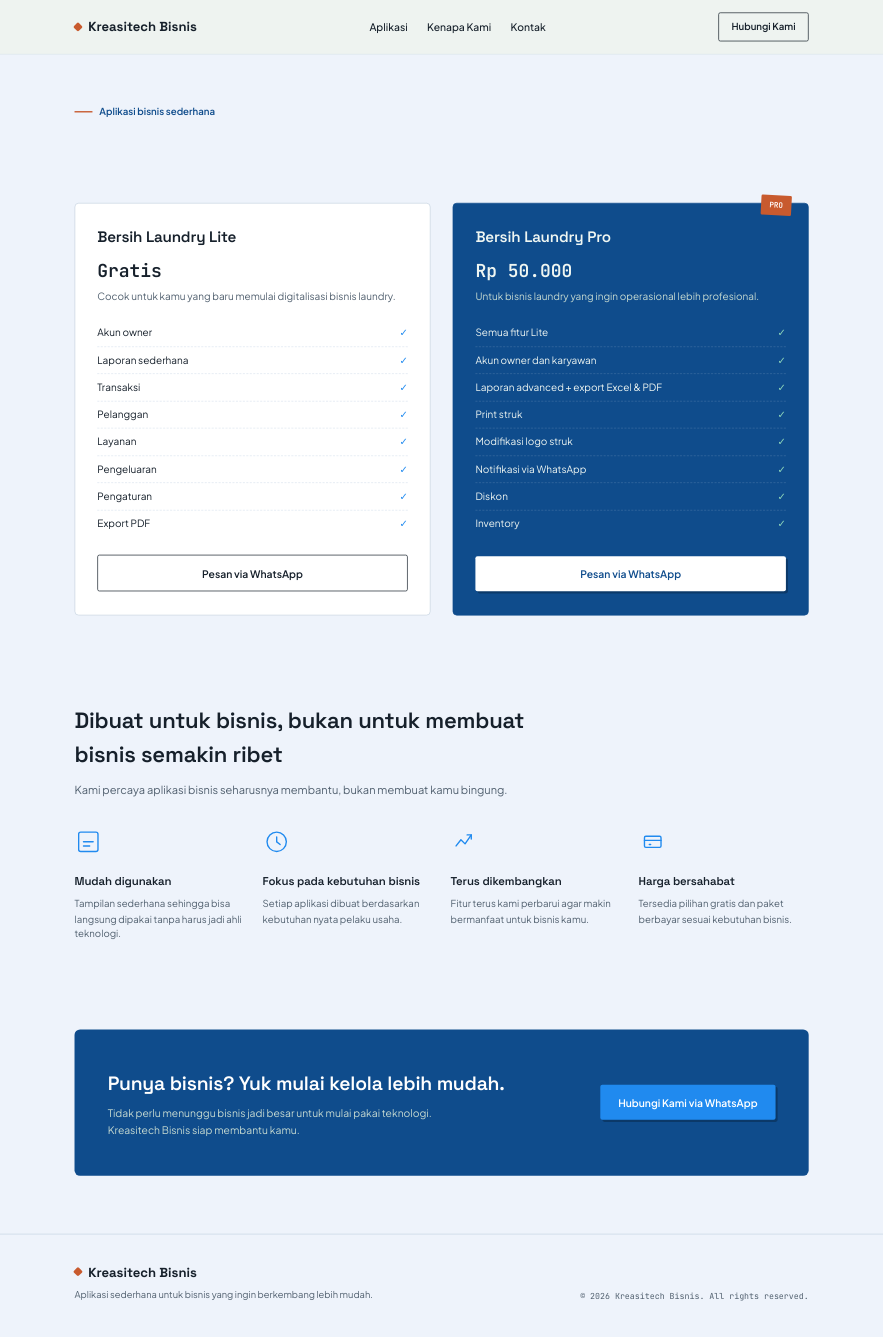
Repository: joao880hbhb/kreasitech
Page: produk/bersih-laundry.html
These files come from the project's save history. The page is drawn as it stood at one moment and after the next save; the edit follows.
The browser window is 1280 px wide. The pictures show the whole page, at 69% of full size.

Above is the page before, as saved 2026-09-14 21:36:20.

### produk/bersih-laundry.html
<!DOCTYPE html>
<html lang="id">
<head>
<meta charset="UTF-8">
<meta name="viewport" content="width=device-width, initial-scale=1.0">
<title>Kreasitech Bisnis — Membantu Bisnis Kamu</title>
<link rel="preconnect" href="https://fonts.googleapis.com">
<link rel="preconnect" href="https://fonts.gstatic.com" crossorigin>
<link href="https://fonts.googleapis.com/css2?family=Space+Grotesk:wght@500;600;700&family=Plus+Jakarta+Sans:wght@400;500;600;700&family=JetBrains+Mono:wght@400;500;600&display=swap" rel="stylesheet">
<style>
  :root{
    --paper:#EEF3FB;
    --paper-alt:#FFFFFF;
    --ink:#16202B;
    --ink-soft:#51606F;
    --pine:#208AEF;
    --pine-dark:#0F4C8C;
    --rust:#C85A2E;
    --line:#C6D3E1;
    --line-soft:#DCE5EF;
  }
  *{box-sizing:border-box; margin:0; padding:0;}
  html{scroll-behavior:smooth;}
  body{
    background:var(--paper);
    color:var(--ink);
    font-family:'Plus Jakarta Sans', sans-serif;
    line-height:1.55;
    -webkit-font-smoothing:antialiased;
  }
  img{max-width:100%; display:block;}
  a{color:inherit; text-decoration:none;}
  .wrap{max-width:1120px; margin:0 auto; padding:0 28px;}
  h1,h2,h3{font-family:'Space Grotesk', sans-serif; font-weight:600; letter-spacing:-0.01em;}
  .mono{font-family:'JetBrains Mono', monospace;}

  /* perforated divider — like a torn receipt edge */
  .tear{
    height:22px;
    width:100%;
    background:
      radial-gradient(circle at 11px 0, transparent 11px, var(--paper) 11.5px) repeat-x;
    background-size:22px 22px;
    background-position:0 -11px;
  }
  .tear.into-alt{ background-image:radial-gradient(circle at 11px 0, transparent 11px, var(--paper-alt) 11.5px);}
  .tear.into-paper{ background-image:radial-gradient(circle at 11px 0, transparent 11px, var(--paper) 11.5px);}
  .tear.into-dark{ background-image:radial-gradient(circle at 11px 0, transparent 11px, var(--pine-dark) 11.5px);}

  /* NAV */
  header{
    position:sticky; top:0; z-index:50;
    background:rgba(238,243,239,0.9);
    backdrop-filter:blur(8px);
    border-bottom:1px solid var(--line-soft);
  }
  nav{
    display:flex; align-items:center; justify-content:space-between;
    padding:18px 28px; max-width:1120px; margin:0 auto;
  }
  .brand{display:flex; align-items:center; gap:10px; font-family:'Space Grotesk'; font-weight:700; font-size:19px;}
  .brand .dot{width:10px; height:10px; border-radius:2px; background:var(--rust); transform:rotate(45deg);}
  .navlinks{display:flex; gap:28px; font-size:15px; font-weight:500;}
  .navlinks a:hover{color:var(--pine);}
  .btn-ghost{border:1.5px solid var(--ink); padding:9px 18px; border-radius:3px; font-weight:600; font-size:14px;}
  .btn-ghost:hover{background:var(--ink); color:var(--paper);}
  @media (max-width:720px){ .navlinks{display:none;} }

  /* HERO */
  .hero{padding:72px 0 40px;}
  .hero-grid{display:grid; grid-template-columns:1.1fr 0.9fr; gap:56px; align-items:center;}
  @media (max-width:860px){ .hero-grid{grid-template-columns:1fr;} }
  .eyebrow-line{display:flex; align-items:center; gap:10px; font-size:14px; color:var(--pine-dark); font-weight:600; margin-bottom:18px;}
  .eyebrow-line::before{content:""; width:26px; height:2px; background:var(--rust);}
  .hero h1{font-size:46px; line-height:1.12; margin-bottom:20px;}
  @media (max-width:520px){ .hero h1{font-size:34px;} }
  .hero p.lead{font-size:18px; color:var(--ink-soft); max-width:46ch; margin-bottom:30px;}
  .hero-cta{display:flex; gap:14px; flex-wrap:wrap;}
  .btn-primary{
    background:var(--pine); color:#fff; padding:14px 26px; border-radius:3px;
    font-weight:600; font-size:15px; display:inline-block;
    box-shadow:3px 3px 0 var(--pine-dark);
    transition:transform .15s ease, box-shadow .15s ease;
  }
  .btn-primary:hover{ transform:translate(-2px,-2px); box-shadow:5px 5px 0 var(--pine-dark); }
  .btn-secondary{
    background:transparent; color:var(--ink); padding:14px 26px; border-radius:3px;
    font-weight:600; font-size:15px; border:1.5px solid var(--ink); display:inline-block;
  }
  .btn-secondary:hover{background:var(--ink); color:var(--paper);}

  /* hero receipt mockup */
  .receipt-mock{
    position:relative;
    background:var(--paper-alt);
    border:1px solid var(--line);
    border-radius:4px;
    padding:26px 24px 22px;
    max-width:340px;
    margin-left:auto;
    box-shadow:0 20px 50px -20px rgba(22,36,29,0.35);
    transform:rotate(2deg);
  }
  .receipt-mock::before,.receipt-mock::after{
    content:""; position:absolute; left:0; right:0; height:12px;
    background:
      radial-gradient(circle at 10px 6px, var(--paper) 6px, transparent 6.5px) repeat-x;
    background-size:20px 12px;
  }
  .receipt-mock::before{top:-6px;}
  .receipt-mock::after{bottom:-6px; transform:rotate(180deg);}
  .receipt-mock .r-head{display:flex; justify-content:space-between; align-items:baseline; border-bottom:1.5px dashed var(--line); padding-bottom:12px; margin-bottom:14px;}
  .receipt-mock .r-head span:first-child{font-family:'Space Grotesk'; font-weight:700; font-size:15px;}
  .receipt-mock .r-head span:last-child{font-family:'JetBrains Mono'; font-size:11px; color:var(--ink-soft);}
  .r-row{display:flex; justify-content:space-between; font-size:13.5px; margin-bottom:9px; font-family:'JetBrains Mono';}
  .r-row .name{color:var(--ink-soft); font-family:'Plus Jakarta Sans';}
  .r-total{
    display:flex; justify-content:space-between; margin-top:14px; padding-top:12px;
    border-top:1.5px dashed var(--line); font-weight:700; font-size:15px;
  }
  .r-status{
    display:inline-block; margin-top:16px; padding:5px 12px; border:2px solid var(--rust);
    color:var(--rust); font-family:'JetBrains Mono'; font-size:11px; font-weight:600;
    transform:rotate(-4deg); border-radius:2px;
  }

  section{padding:64px 0;}

  /* value props row */
  .value-row{
    display:grid; grid-template-columns:repeat(3,1fr); gap:0;
    border-top:1px solid var(--line); border-bottom:1px solid var(--line);
  }
  .value-row .vcell{padding:26px 22px; border-right:1px solid var(--line);}
  .value-row .vcell:last-child{border-right:none;}
  .value-row .vcell .num{font-family:'JetBrains Mono'; font-size:12px; color:var(--pine); margin-bottom:8px;}
  .value-row .vcell h3{font-size:17px; margin-bottom:6px;}
  .value-row .vcell p{font-size:14.5px; color:var(--ink-soft);}
  @media (max-width:720px){ .value-row{grid-template-columns:1fr;} .value-row .vcell{border-right:none; border-bottom:1px solid var(--line);} }

  /* products intro */
  .section-head{max-width:60ch; margin-bottom:44px;}
  .section-head h2{font-size:32px; margin-bottom:12px;}
  .section-head p{color:var(--ink-soft); font-size:16px;}

  .product-photo-wrap{
    position:relative; border-radius:6px; overflow:hidden; margin-bottom:48px;
    border:1px solid var(--line);
  }
  .product-photo-wrap img{width:100%; height:280px; object-fit:cover; filter:saturate(0.92) contrast(1.02);}
  .product-photo-wrap .tag{
    position:absolute; bottom:16px; left:16px; background:var(--paper-alt);
    padding:8px 14px; font-family:'JetBrains Mono'; font-size:12px; border-radius:3px;
    border:1px solid var(--line);
  }

  /* pricing / feature cards, receipt style */
  /* mobile-first: 2 kolom berdampingan dari layar paling kecil, melebar ke layout desktop */
  .plans{display:grid; grid-template-columns:1fr 1fr; gap:10px;}
  .plan{
    background:var(--paper-alt); border:1px solid var(--line); border-radius:6px;
    padding:18px 14px; position:relative; display:flex; flex-direction:column;
    min-width:0; /* cegah konten memaksa kolom melebar & merusak grid di layar kecil */
  }
  .plan.pro{background:var(--pine-dark); color:#EFF6F2; border-color:var(--pine-dark);}
  .plan .badge{
    position:absolute; top:-10px; right:14px; background:var(--rust); color:#fff;
    font-family:'JetBrains Mono'; font-size:10px; font-weight:600; padding:4px 9px;
    border-radius:2px; transform:rotate(3deg);
  }
  .plan h3{font-size:15.5px; margin-bottom:2px; line-height:1.25;}
  .plan .price{font-family:'JetBrains Mono'; font-size:17px; font-weight:600; margin:8px 0 4px;}
  .plan .sub{font-size:11.5px; color:var(--ink-soft); margin-bottom:14px; line-height:1.4;}
  .plan.pro .sub{color:#C6DAD1;}
  .plan ul{list-style:none; margin-bottom:16px; flex-grow:1;}
  .plan li{
    display:flex; justify-content:space-between; align-items:baseline; gap:6px; font-size:11.5px;
    padding:6px 0; border-bottom:1px dashed var(--line-soft);
  }
  .plan.pro li{border-bottom:1px dashed rgba(255,255,255,0.18);}
  .plan li:last-child{border-bottom:none;}
  .plan li .name{line-height:1.3;}
  .plan li .check{color:var(--pine); font-family:'JetBrains Mono'; flex-shrink:0;}
  .plan.pro li .check{color:#8FD8BB;}
  .plan .btn-secondary, .plan .btn-primary{padding:10px 12px; font-size:12.5px;}

  /* di layar lebih lebar, beri napas lebih longgar */
  @media (min-width:560px){
    .plans{gap:24px;}
    .plan{padding:28px 26px;}
    .plan h3{font-size:20px;}
    .plan .price{font-size:24px; margin:12px 0 6px;}
    .plan .sub{font-size:14px; margin-bottom:22px;}
    .plan ul{margin-bottom:26px;}
    .plan li{font-size:13.5px; padding:8px 0;}
    .plan .badge{top:-12px; right:24px; font-size:11px; padding:6px 12px;}
    .plan .btn-secondary, .plan .btn-primary{padding:14px 26px; font-size:15px;}
  }
  @media (min-width:800px){
    .plans{gap:32px;}
    .plan{padding:34px 32px;}
    .plan h3{font-size:22px;}
    .plan .price{font-size:26px; margin:14px 0 6px;}
    .plan .sub{font-size:14.5px; margin-bottom:24px;}
    .plan li{font-size:14.5px;}
  }

  /* why us */
  .why-grid{display:grid; grid-template-columns:repeat(4,1fr); gap:26px;}
  @media (max-width:900px){ .why-grid{grid-template-columns:1fr 1fr;} }
  @media (max-width:520px){ .why-grid{grid-template-columns:1fr;} }
  .why-card{padding:0;}
  .why-card .icon{width:40px; height:40px; margin-bottom:18px;}
  .why-card h3{font-size:16.5px; margin-bottom:8px;}
  .why-card p{font-size:14px; color:var(--ink-soft);}

  /* final cta */
  .final-cta{
    background:var(--pine-dark); color:#EFF6F2; border-radius:8px;
    padding:56px 48px; display:flex; justify-content:space-between; align-items:center; gap:32px;
  }
  @media (max-width:760px){ .final-cta{flex-direction:column; text-align:center; padding:44px 26px;} }
  .final-cta h2{font-size:28px; margin-bottom:10px; color:#fff;}
  .final-cta p{color:#C6DAD1; font-size:15px; max-width:44ch;}
  .final-cta .btn-primary{box-shadow:3px 3px 0 rgba(0,0,0,0.25); flex-shrink:0;}

  footer{padding:40px 0 50px; border-top:1px solid var(--line); margin-top:20px;}
  .foot-grid{display:flex; justify-content:space-between; align-items:flex-end; flex-wrap:wrap; gap:20px;}
  .foot-grid .brand{margin-bottom:8px;}
  footer p{font-size:13.5px; color:var(--ink-soft);}
  footer .copyright{font-family:'JetBrains Mono'; font-size:12px; color:var(--ink-soft);}
</style>
</head>
<body>

<header>
  <nav>
    <div class="brand"><span class="dot"></span>Kreasitech Bisnis</div>
    <div class="navlinks">
      <a href="#produk">Aplikasi</a>
      <a href="#kenapa">Kenapa Kami</a>
      <a href="#kontak">Kontak</a>
    </div>
    <a href="#kontak" class="btn-ghost">Hubungi Kami</a>
  </nav>
</header>

<section class="hero">
  <div class="wrap hero-grid">
    <div>
      <div class="eyebrow-line">Aplikasi bisnis sederhana</div>
      <!-- <h1>Bisnis kamu, tercatat rapi tanpa ribet.</h1> -->
      <!-- <p class="lead">Kreasitech Bisnis membuat aplikasi sederhana yang membantu usaha kecil mencatat transaksi, mengelola pelanggan, dan melihat semuanya dalam satu tempat.</p>
      <div class="hero-cta">
        <a href="#produk" class="btn-primary">Lihat Aplikasi</a>
        <a href="#kontak" class="btn-secondary">Hubungi Kami</a>
      </div> -->
    </div>
    <!-- <div>
      <div class="receipt-mock">
        <div class="r-head">
          <span>Bersih Laundry</span>
          <span>#0231 — Hari ini</span>
        </div>
        <div class="r-row"><span class="name">Cuci + Setrika, 3kg</span><span>Rp 21.000</span></div>
        <div class="r-row"><span class="name">Cuci Kering, 2kg</span><span>Rp 12.000</span></div>
        <div class="r-row"><span class="name">Setrika Saja, 1kg</span><span>Rp 6.000</span></div>
        <div class="r-total"><span>Total</span><span class="mono">Rp 39.000</span></div>
        <div class="r-status">SIAP DIAMBIL</div>
      </div>
    </div> -->
  </div>
</section>

<!-- <div class="wrap"><div class="value-row">
  <div class="vcell"><div class="num">01</div><h3>Mudah digunakan</h3><p>Tidak perlu jadi ahli teknologi untuk mulai memakainya.</p></div>
  <div class="vcell"><div class="num">02</div><h3>Tidak ribet</h3><p>Fokus pada yang penting: catat, kelola, selesai.</p></div>
  <div class="vcell"><div class="num">03</div><h3>Untuk semua skala</h3><p>Cocok dari bisnis rumahan sampai yang sedang berkembang.</p></div>
</div></div> -->

<section id="produk">
  <div class="wrap">
    <!-- <div class="section-head">
      <h2>Aplikasi untuk bisnis laundry kamu</h2>
      <p>Kami mulai dari kebutuhan yang paling nyata: usaha laundry yang selama ini masih mencatat transaksi di buku atau kertas nota.</p>
    </div>

    <div class="product-photo-wrap">
      <img src="https://picsum.photos/seed/kreasitech-laundry/1200/560" alt="Tumpukan pakaian bersih terlipat rapi di usaha laundry">
      <div class="tag mono">Bersih Laundry</div>
    </div> -->

    <div class="plans">
      <div class="plan">
        <h3>Bersih Laundry Lite</h3>
        <div class="price">Gratis</div>
        <p class="sub">Cocok untuk kamu yang baru memulai digitalisasi bisnis laundry.</p>
        <ul>
          <li><span class="name">Akun owner</span><span class="check">✓</span></li>
          <li><span class="name">Laporan sederhana</span><span class="check">✓</span></li>
          <li><span class="name">Transaksi</span><span class="check">✓</span></li>
          <li><span class="name">Pelanggan</span><span class="check">✓</span></li>
          <li><span class="name">Layanan</span><span class="check">✓</span></li>
          <li><span class="name">Pengeluaran</span><span class="check">✓</span></li>
          <li><span class="name">Pengaturan</span><span class="check">✓</span></li>
          <li><span class="name">Export PDF</span><span class="check">✓</span></li>
        </ul>
        <a href="https://wa.me/6281234567890" class="btn-secondary" style="text-align:center;" target="_blank" rel="noopener">Pesan via WhatsApp</a>
      </div>

      <div class="plan pro">
        <div class="badge">PRO</div>
        <h3>Bersih Laundry Pro</h3>
        <div class="price">Rp 50.000</div>
        <p class="sub">Untuk bisnis laundry yang ingin operasional lebih profesional.</p>
        <ul>
          <li><span class="name">Semua fitur Lite</span><span class="check">✓</span></li>
          <li><span class="name">Akun owner dan karyawan</span><span class="check">✓</span></li>
          <li><span class="name">Laporan advanced + export Excel &amp; PDF</span><span class="check">✓</span></li>
          <li><span class="name">Print struk</span><span class="check">✓</span></li>
          <li><span class="name">Modifikasi logo struk</span><span class="check">✓</span></li>
          <li><span class="name">Notifikasi via WhatsApp</span><span class="check">✓</span></li>
          <li><span class="name">Diskon</span><span class="check">✓</span></li>
          <li><span class="name">Inventory</span><span class="check">✓</span></li>
        </ul>
        <a href="https://wa.me/6281234567890" class="btn-primary" style="text-align:center; background:#fff; color:var(--pine-dark); box-shadow:3px 3px 0 rgba(0,0,0,0.25);" target="_blank" rel="noopener">Pesan via WhatsApp</a>
      </div>
    </div>
  </div>
</section>

<section id="kenapa">
  <div class="wrap">
    <div class="section-head">
      <h2>Dibuat untuk bisnis, bukan untuk membuat bisnis semakin ribet</h2>
      <p>Kami percaya aplikasi bisnis seharusnya membantu, bukan membuat kamu bingung.</p>
    </div>
    <div class="why-grid">
      <div class="why-card">
        <svg class="icon" viewBox="0 0 40 40" fill="none"><rect x="6" y="6" width="28" height="28" rx="3" stroke="#208AEF" stroke-width="2"/><path d="M13 20h14M13 26h9" stroke="#208AEF" stroke-width="2" stroke-linecap="round"/></svg>
        <h3>Mudah digunakan</h3>
        <p>Tampilan sederhana sehingga bisa langsung dipakai tanpa harus jadi ahli teknologi.</p>
      </div>
      <div class="why-card">
        <svg class="icon" viewBox="0 0 40 40" fill="none"><circle cx="20" cy="20" r="14" stroke="#208AEF" stroke-width="2"/><path d="M20 13v7l5 4" stroke="#208AEF" stroke-width="2" stroke-linecap="round"/></svg>
        <h3>Fokus pada kebutuhan bisnis</h3>
        <p>Setiap aplikasi dibuat berdasarkan kebutuhan nyata pelaku usaha.</p>
      </div>
      <div class="why-card">
        <svg class="icon" viewBox="0 0 40 40" fill="none"><path d="M8 26l7-9 6 6 9-13" stroke="#208AEF" stroke-width="2" stroke-linecap="round" stroke-linejoin="round"/><path d="M24 10h6v6" stroke="#208AEF" stroke-width="2" stroke-linecap="round" stroke-linejoin="round"/></svg>
        <h3>Terus dikembangkan</h3>
        <p>Fitur terus kami perbarui agar makin bermanfaat untuk bisnis kamu.</p>
      </div>
      <div class="why-card">
        <svg class="icon" viewBox="0 0 40 40" fill="none"><rect x="8" y="12" width="24" height="16" rx="2" stroke="#208AEF" stroke-width="2"/><path d="M8 18h24M15 24h2" stroke="#208AEF" stroke-width="2" stroke-linecap="round"/></svg>
        <h3>Harga bersahabat</h3>
        <p>Tersedia pilihan gratis dan paket berbayar sesuai kebutuhan bisnis.</p>
      </div>
    </div>
  </div>
</section>

<section id="kontak">
  <div class="wrap">
    <div class="final-cta">
      <div>
        <h2>Punya bisnis? Yuk mulai kelola lebih mudah.</h2>
        <p>Tidak perlu menunggu bisnis jadi besar untuk mulai pakai teknologi. Kreasitech Bisnis siap membantu kamu.</p>
      </div>
      <a href="https://wa.me/6281234567890" class="btn-primary" target="_blank" rel="noopener">Hubungi Kami via WhatsApp</a>
    </div>
  </div>
</section>

<footer>
  <div class="wrap foot-grid">
    <div>
      <div class="brand"><span class="dot"></span>Kreasitech Bisnis</div>
      <p>Aplikasi sederhana untuk bisnis yang ingin berkembang lebih mudah.</p>
    </div>
    <div class="copyright">© 2026 Kreasitech Bisnis. All rights reserved.</div>
  </div>
</footer>

</body>
</html>

After the next save:
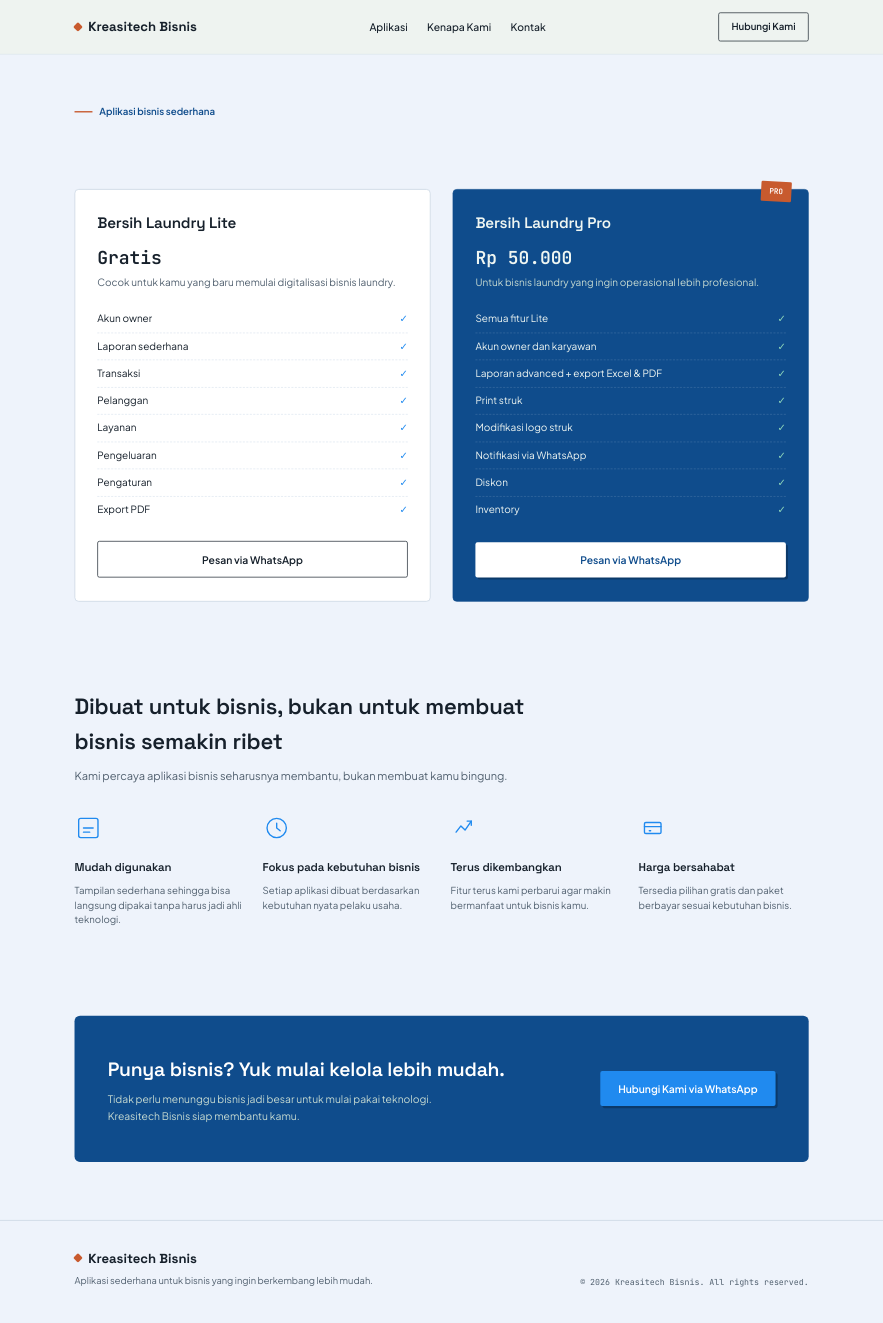
Saved 40 s later.
--- a/produk/bersih-laundry.html
+++ b/produk/bersih-laundry.html
@@ -67,7 +67,7 @@
   @media (max-width:720px){ .navlinks{display:none;} }
 
   /* HERO */
-  .hero{padding:72px 0 40px;}
+  .hero{padding:72px 0 20px;}
   .hero-grid{display:grid; grid-template-columns:1.1fr 0.9fr; gap:56px; align-items:center;}
   @media (max-width:860px){ .hero-grid{grid-template-columns:1fr;} }
   .eyebrow-line{display:flex; align-items:center; gap:10px; font-size:14px; color:var(--pine-dark); font-weight:600; margin-bottom:18px;}
